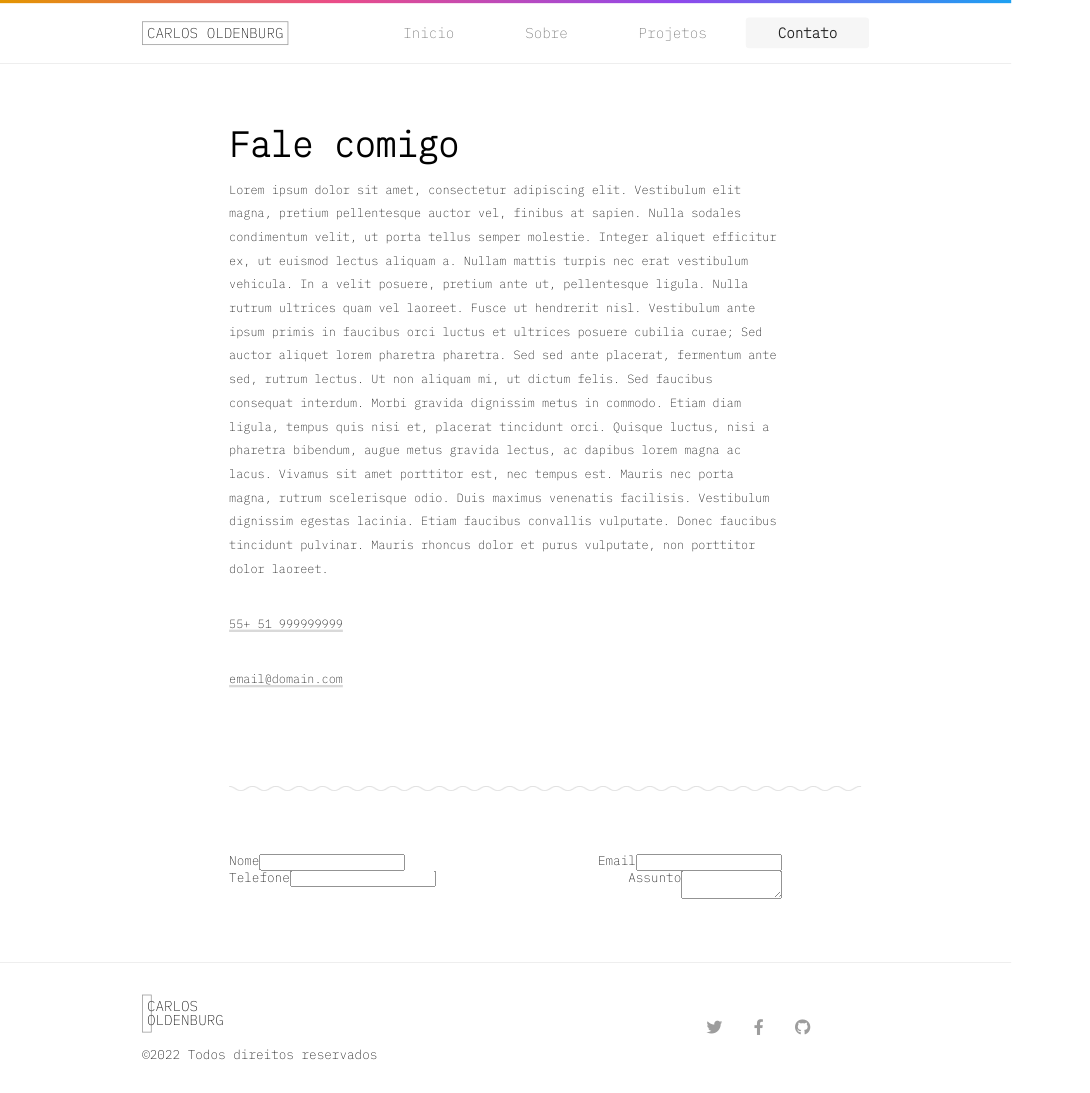
Repository: Carolden/PortfolioCrie
Page: contact.html
An editor plug-in stored every save of this project. The page is shown before and after the next save, followed by the edit.
The browser window is 1280 px wide. The page is 1380 px wide, so the pictures cover 1380 px, including what lies to the right of the window. The pictures show the whole page, at 79% of full size.

Above is the page before, as saved 2023-05-25 13:19:52.

### contact.html
<!DOCTYPE html>
<html lang="pt-BR">
<head>
    <meta charset="UTF-8">
    <meta http-equiv="X-UA-Compatible" content="IE=edge">
    <meta name="viewport" content="width=device-width, initial-scale=1.0">
    <title>Carlos Eduardo Oldenburg</title>

    <link rel="stylesheet" href="styles/base/reset.css">
    <link rel="stylesheet" href="styles/base/body.css">
    <link rel="stylesheet" href="styles/components/contact.css">
    <link rel="stylesheet" href="styles/layout/container.css">
    <link rel="stylesheet" href="styles/components/divisor.css">
    <link rel="stylesheet" href="styles/layout/footer.css">
    <link rel="stylesheet" href="styles/layout/header.css">
    <link rel="stylesheet" href="styles/layout/index__section.css">
    <link rel="stylesheet" href="styles/components/about__text.css">
    <link rel="stylesheet" href="styles/components/header__a.css">
    <link rel="stylesheet" href="styles/components/header__nav.css">
    <link rel="stylesheet" href="styles/components/hr.css">
    <link rel="stylesheet" href="styles/components/img__container.css">
    <link rel="stylesheet" href="styles/components/img__projeto.css">
    <link rel="stylesheet" href="styles/components/name__box.css">
    <link rel="stylesheet" href="styles/components/project__a.css">
    <link rel="stylesheet" href="styles/components/project__container.css">
    <link rel="stylesheet" href="styles/components/project__index.css">
    <link rel="stylesheet" href="styles/components/section__contact.css">
    <link rel="stylesheet" href="styles/components/section__image.css">
    <link rel="stylesheet" href="styles/components/section__p.css">
    <link rel="stylesheet" href="styles/components/section__title.css">
    <link rel="stylesheet" href="styles/components/work.css">
    <link rel="stylesheet" href="sobre.html">

    <link rel="preconnect" href="https://fonts.googleapis.com">
    <link rel="preconnect" href="https://fonts.gstatic.com" crossorigin>
    <link href="https://fonts.googleapis.com/css2?family=IBM+Plex+Mono:wght@200&family=Open+Sans:wght@800&display=swap" rel="stylesheet">
    <link rel="stylesheet" href="https://cdnjs.cloudflare.com/ajax/libs/font-awesome/6.4.0/css/all.min.css">


</head>
<body>

    <header class="header">

        <div class="name__container">
            <h2 class="name__box">CARLOS OLDENBURG</h2>
        </div>

        <nav class="header__nav">
            <a href="index.html" class="header__a">Inicio</a>
            <a href="sobre.html" class="header__a"> Sobre</a>
            <a href="projetos.html" class="header__a">Projetos</a>
            <a href="contact.html" class="header__a active">Contato</a>
        </nav>

    </header>

    <section>

        <div class="about__text">

        <h1 class="section__title section--align">Fale comigo</h1>
        <p class="section__p about--p">Lorem ipsum dolor sit amet, consectetur adipiscing elit. Vestibulum elit magna, pretium pellentesque auctor vel, finibus at sapien. Nulla sodales condimentum velit, ut porta tellus semper molestie. Integer aliquet efficitur ex, ut euismod lectus aliquam a. Nullam mattis turpis nec erat vestibulum vehicula.

            In a velit posuere, pretium ante ut, pellentesque ligula. Nulla rutrum ultrices quam vel laoreet. Fusce ut hendrerit nisl. Vestibulum ante ipsum primis in faucibus orci luctus et ultrices posuere cubilia curae; Sed auctor aliquet lorem pharetra pharetra. Sed sed ante placerat, fermentum ante sed, rutrum lectus. Ut non aliquam mi, ut dictum felis.

            Sed faucibus consequat interdum. Morbi gravida dignissim metus in commodo. Etiam diam ligula, tempus quis nisi et, placerat tincidunt orci. Quisque luctus, nisi a pharetra bibendum, augue metus gravida lectus, ac dapibus lorem magna ac lacus. Vivamus sit amet porttitor est, nec tempus est.

            Mauris nec porta magna, rutrum scelerisque odio. Duis maximus venenatis facilisis. Vestibulum dignissim egestas lacinia. Etiam faucibus convallis vulputate. Donec faucibus tincidunt pulvinar. Mauris rhoncus dolor et purus vulputate, non porttitor dolor laoreet.</p>

        </div>

        <p class="section__p about--p container contact">55+ 51 999999999</p>

        <p class="section__p about--p container contact">email@domain.com</p>

        <div class="div__divisor index--divisor">

            <img src="images/Divisor.png" alt="" class="img__divisor">

        </div>

    </section>

    <section class="container">

        <form action="">

            <div class="contactrow">

                <div class="contactcolumn">

                    <label for="nome" class="label">Nome</label>
                    <input id="nome" type="text" class="input">

                </div>

                <div class="contactcolumn"></div>

                    <label for="email" class="label">Email</label><br>
                    <input id="email" required type="email" class="input">

                </div>

            </div>

            <div class="contactrow">

                <div class="contactcolumn">

                    <label for="telefone" class="label">Telefone</label><br>
                    <input id="telefone" type="tel">

                </div>

                <div class="contactcolumn"></div>
                    <label for="msg" class="label">Assunto</label><br>
                    <textarea id="msg" class="textarea"></textarea>
                </div>
            </div>
        </form>

    </section>












    <footer class="footer">

        <div class="name__container footer__column">

            <h2 class="name__box name--footer">CARLOS OLDENBURG</h2>
            <p class="footer__p">©2022 Todos direitos reservados</p>

        </div>

        <div class="footer__column footer__icons">

            <i class="fa-brands fa-twitter contact__icon"></i>
            <i class="fa-brands fa-facebook-f contact__icon"></i>
            <i class="fa-brands fa-github contact__icon"></i>

        </div>

    </footer>



</body>
</html>

### styles/base/body.css
body {
    font-family: 'IBM Plex Mono', monospace;
    overflow-y: scroll;
}

### styles/components/contact.css
.contact {
    padding: 20px 0 20px 0;
    text-decoration: underline 3px #D9D9D9;
    line-height: 30px;
}

.contactrow {
    display: flex;
    justify-content: center;
    align-items: left;

}

.contactcolumn {
    width: 50%;
    display: flex;
    /* flex-direction: column; */
    align-items: flex-start;
}

### styles/layout/container.css
.container {
    padding: 0 290px 0 290px;
}

### styles/components/divisor.css
.img__divisor {
    padding: 0 290px 0 290px;
    color: #EAEAEA;
    width: 100%;

}

.div__divisor {
    display: flex;
}

.index--divisor {
    margin: 80px 0 80px 0;
}

### styles/layout/footer.css
.footer {
    display: flex;
    box-sizing: border-box;
    align-items: center;
    border-top: 1px solid #EAEAEA;
    margin-top: 80px;
    align-items: center;
}

.name--footer {
    margin: 40px 550px 20px 180px;
}

footer p {
    margin: 0 0 40px 180px;
}

.footer__column {
    width: 50%;
}

.footer__icons {
    text-align: center;
}

### styles/layout/header.css
.header {
    display: flex;
    justify-content: space-between;
    height: 80px;
    width: 100%;
    left: 0px;
    top: 4px;
    border-radius: 0px;
    box-sizing: border-box;
    /* position: absolute; */
    align-items: center;
    border-top: 4px;
    border-image: linear-gradient(to right, #E39600, #EA4C89, #8F48EB, #1DA1F2) 1;
    border-style: solid;
}

### styles/layout/index__section.css
.index__section {
    display: flex;
    flex-direction: column;
    align-items: center;
    border-top: 1px solid #EAEAEA;
    padding: 80px 0 50px 0;
}

### styles/components/about__text.css
.about__text {
    /* display: flex; */
    padding: 80px 290px 0 290px;
    align-items: left;
    flex-direction: column;
    border-top: 1px solid #EAEAEA;
}

### styles/components/header__a.css
.header__a {
    padding: 40px;
    text-decoration: none;
    color: #6C6C6C;
    font-size: 18px;
}

.active {
    color: #242424;
    font-weight: 600;
    background: #F6F6F6;
    border-radius: 4px;
    padding-top: 8px;
    padding-bottom: 8px;
}

### styles/components/header__nav.css
.header__nav {
    margin-right: 180px;
}

### styles/components/hr.css
.hr {
    padding: 0 290px 0 290px;
    color: #EAEAEA;
    width: 100%;

}

### styles/components/img__container.css
.img__container {
    display: flex;
    justify-content: center;
    align-items: center;
}

### styles/components/img__projeto.css
.img__projeto {
    width: 1000px;
    height: 500px;
    align-items: center;
    margin-bottom: 40px;
}

.img--cover {
    object-fit: cover;
}

### styles/components/name__box.css
.name__box {
    border: 1px solid #9D9D9D;
    padding: 5px;
    margin-left: 180px;
    font-size: 18px;
}

### styles/components/project__a.css
.project__a {
    text-decoration: none;
    color: inherit;
}

### styles/components/project__container.css
.project__container {
    display: flex;
    flex-direction: column;
    padding-bottom: 80px;
}

.project__container:last-child {
    padding-bottom: 40px;
}

### styles/components/project__index.css
.project__h2 {
    padding-bottom: 80px;
    font-size: 24px;
    font-weight: 600;
}

.project__index {
    border: 1px solid #EAEAEA;
    margin: 0 290px 20px 290px;
    display: flex;
    background-color: #FAFAFA;
}

.project__icon {
    font-size: 80px;
    padding: 40px 20px 40px 40px;
    color: #E39600;
}

.project__h3 {
    font-size: 18px;
    font-weight: 600;
    padding: 40px 0 20px 20px;
    line-height: 30px;
}

.project__p {
    padding: 0 40px 40px 20px;
    line-height: 30px;
}

.icon--color--pink {
    color: #EA4C89;
}

### styles/components/section__contact.css
.section__contact {
    display: flex;
    margin: 0 280px 0 280px;
    align-items: center;
}

.contact__icon {
    padding: 15px;
    font-size: 20px;
    color: #9D9D9D;
}

.contact__button {
    text-decoration: none;
    padding-left: 15px;
    color: #363636;
    font-weight: 600;
    font-size: 15px;
    border: 1px solid #EAEAEA;
    border-radius: 20px;
    background: #FAFAFA;
    padding: 10px 15px;
    margin-left: 15px;
}

### styles/components/section__image.css
.section__image {
    width: 800px;
    height: 800px;
    padding: 40px 0 55px 0;

}

### styles/components/section__p.css
.section__p {
    font-size: 15px;
    font-weight: 400;
    line-height: 30px;
    letter-spacing: 0em;
    text-align: left;
    margin: 0 280px 0 280px;
    line-height: 30px;
}

.about--p {
    margin: 0;
    padding-bottom: 40px;
}

### styles/components/section__title.css
.section__title {
    font-size: 44px;
    font-weight: 600;
}

.section--align {
    text-align: left;
    padding-bottom: 20px;
}

### styles/components/work.css
.work__title {
    font-size: 24px;
    font-weight: 600;
    padding-bottom: 40px;
}

.work__container {
    display: flex;
    justify-content: space-between;
    padding-bottom: 20px;
}

.work {
    margin-left: 290px;
    margin-right: 290px;
}

.work__subtitle {
    font-size: 18px;
    font-weight: 600;
}

.work__p {
    font-size: 15px;
    font-weight: 400;
}

### sobre.html
<!DOCTYPE html>
<html lang="pt-BR">
<head>
    <meta charset="UTF-8">
    <meta http-equiv="X-UA-Compatible" content="IE=edge">
    <meta name="viewport" content="width=device-width, initial-scale=1.0">
    <title>Carlos Eduardo Oldenburg</title>

    <link rel="stylesheet" href="styles/base/reset.css">
    <link rel="stylesheet" href="styles/base/body.css">
    <link rel="stylesheet" href="styles/components/contact.css">
    <link rel="stylesheet" href="styles/layout/container.css">
    <link rel="stylesheet" href="styles/components/divisor.css">
    <link rel="stylesheet" href="styles/layout/footer.css">
    <link rel="stylesheet" href="styles/layout/header.css">
    <link rel="stylesheet" href="styles/layout/index__section.css">
    <link rel="stylesheet" href="styles/components/about__text.css">
    <link rel="stylesheet" href="styles/components/header__a.css">
    <link rel="stylesheet" href="styles/components/header__nav.css">
    <link rel="stylesheet" href="styles/components/hr.css">
    <link rel="stylesheet" href="styles/components/img__container.css">
    <link rel="stylesheet" href="styles/components/img__projeto.css">
    <link rel="stylesheet" href="styles/components/name__box.css">
    <link rel="stylesheet" href="styles/components/project__a.css">
    <link rel="stylesheet" href="styles/components/project__container.css">
    <link rel="stylesheet" href="styles/components/project__index.css">
    <link rel="stylesheet" href="styles/components/section__contact.css">
    <link rel="stylesheet" href="styles/components/section__image.css">
    <link rel="stylesheet" href="styles/components/section__p.css">
    <link rel="stylesheet" href="styles/components/section__title.css">
    <link rel="stylesheet" href="styles/components/work.css">
    <link rel="stylesheet" href="sobre.html">

    <link rel="preconnect" href="https://fonts.googleapis.com">
    <link rel="preconnect" href="https://fonts.gstatic.com" crossorigin>
    <link href="https://fonts.googleapis.com/css2?family=IBM+Plex+Mono:wght@200&family=Open+Sans:wght@800&display=swap" rel="stylesheet">
    <link rel="stylesheet" href="https://cdnjs.cloudflare.com/ajax/libs/font-awesome/6.4.0/css/all.min.css">

</head>
<body>

    <header class="header">

        <div class="name__container">
            <h2 class="name__box">CARLOS OLDENBURG</h2>
        </div>

        <nav class="header__nav">
            <a href="index.html" class="header__a">Inicio</a>
            <a href="sobre.html" class="header__a active"> Sobre</a>
            <a href="projetos.html" class="header__a">Projetos</a>
            <a href="contact.html" class="header__a">Contato</a>
        </nav>

    </header>

    <section>

        <div class="about__text">

        <h1 class="section__title section--align">Olá, meu nome é Carlos!</h1>
        <p class="section__p about--p">Lorem ipsum dolor sit amet, consectetur adipiscing elit. Vestibulum elit magna, pretium pellentesque auctor vel, finibus at sapien. Nulla sodales condimentum velit, ut porta tellus semper molestie. Integer aliquet efficitur ex, ut euismod lectus aliquam a. Nullam mattis turpis nec erat vestibulum vehicula.

            In a velit posuere, pretium ante ut, pellentesque ligula. Nulla rutrum ultrices quam vel laoreet. Fusce ut hendrerit nisl. Vestibulum ante ipsum primis in faucibus orci luctus et ultrices posuere cubilia curae; Sed auctor aliquet lorem pharetra pharetra. Sed sed ante placerat, fermentum ante sed, rutrum lectus. Ut non aliquam mi, ut dictum felis.

            Sed faucibus consequat interdum. Morbi gravida dignissim metus in commodo. Etiam diam ligula, tempus quis nisi et, placerat tincidunt orci. Quisque luctus, nisi a pharetra bibendum, augue metus gravida lectus, ac dapibus lorem magna ac lacus. Vivamus sit amet porttitor est, nec tempus est.

            Mauris nec porta magna, rutrum scelerisque odio. Duis maximus venenatis facilisis. Vestibulum dignissim egestas lacinia. Etiam faucibus convallis vulputate. Donec faucibus tincidunt pulvinar. Mauris rhoncus dolor et purus vulputate, non porttitor dolor laoreet.</p>

        </div>

    </section>

    <div class="div__divisor index--divisor">

        <img src="images/Divisor.png" alt="" class="img__divisor">

    </div>

    <section class="work">

        <h2 class="work__title">Trabalho</h2>

        <div class="work__container">
            <h3 class="work__subtitle">Virtude Informática</h3>
            <p>Técnico de informática   -   2020 -&emsp;&emsp;&emsp;</p>
        </div>

        <div class="work__container">
            <h3 class="work__subtitle">Sustentare Seguros</h3>
            <p>Auxiliar Administrativo   -   2019 - 2020</p>
        </div>

        <div class="work__container">
            <h3 class="work__subtitle">Banrisul</h3>
            <p class="work__p">Estagiário   -   2017 - 2019</p>
        </div>

    </section>

    <div class="div__divisor index--divisor">

        <img src="images/Divisor.png" alt="" class="img__divisor">

    </div>

    <section class="work">

        <h2 class="work__title">Escolaridade e Cursos</h2>

        <div class="work__container">
            <h3 class="work__subtitle">Univates - Curso Intensivo de Programação</h3>
            <p>Crie_TI   -   2023 -&emsp;&emsp;&emsp;</p>
        </div>

        <div class="work__container">
            <h3 class="work__subtitle">UNINTER - Bacharelado</h3>
            <p>Engenharia de Software   -   2021 -&emsp;&emsp;&emsp;</p>
        </div>

        <div class="work__container">
            <h3 class="work__subtitle">EEEPE - Curso Técnico</h3>
            <p>Técnico de Informática   -   2020 - 2021</p>
        </div>

        <div class="work__container">
            <h3 class="work__subtitle">Univates - Bacharelado</h3>
            <p>Administração de Empresas   -   2014 - 2019</p>
        </div>

    </section>

    <footer class="footer">

        <div class="name__container footer__column">

            <h2 class="name__box name--footer">CARLOS OLDENBURG</h2>
            <p class="footer__p">©2022 Todos direitos reservados</p>

        </div>

        <div class="footer__column footer__icons">

            <i class="fa-brands fa-twitter contact__icon"></i>
            <i class="fa-brands fa-facebook-f contact__icon"></i>
            <i class="fa-brands fa-github contact__icon"></i>

        </div>

    </footer>

</body>
</html>

Loaded but not shown: styles/base/reset.css (common file)

After the next save:
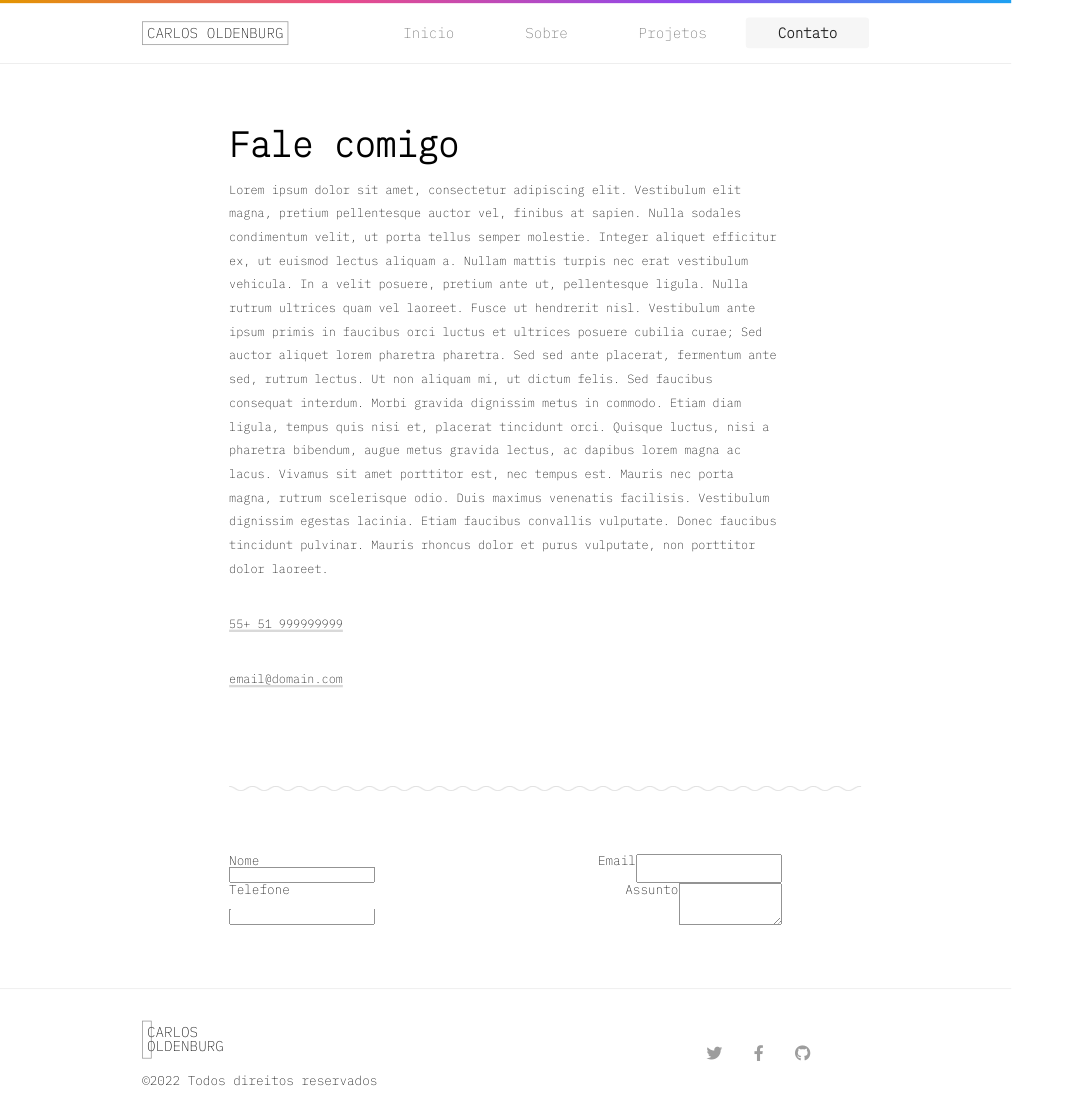
Saved 4 s later.
--- a/styles/components/contact.css
+++ b/styles/components/contact.css
@@ -14,6 +14,6 @@
 .contactcolumn {
     width: 50%;
     display: flex;
-    /* flex-direction: column; */
+    flex-direction: column;
     align-items: flex-start;
 }
